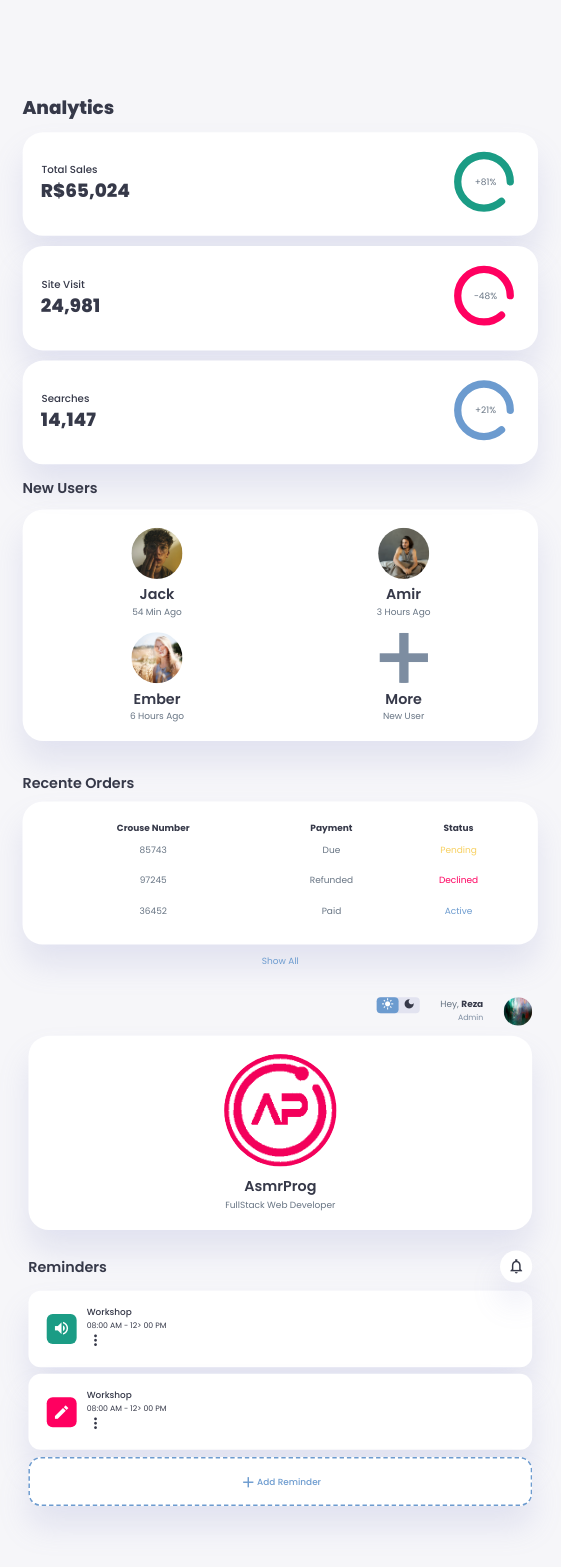
Repository: pheonix5/ProjetosRN-linux
Page: DashBoard/index.html
These files come from the project's save history. The page is drawn as it stood at one moment and after the next save; the edit follows.
The browser window is 768 px wide. The pictures show the whole page, at 73% of full size.

Above is the page before, as saved 2023-08-06 03:40:23.

After the next save:
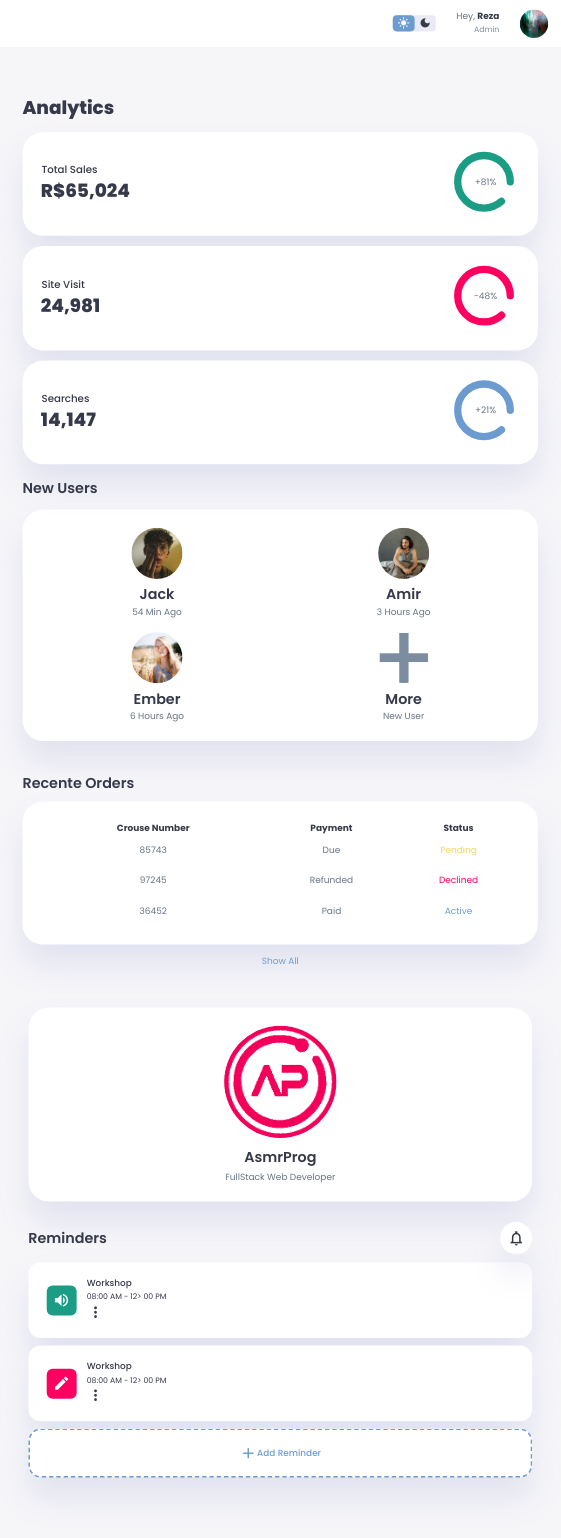
Saved 49 s later.
--- a/DashBoard/style.css
+++ b/DashBoard/style.css
@@ -667,4 +667,15 @@ main .recent-orders a{
     margin: 0 auto 4rem;
    }
 
-}
+   .right-section .nav{
+    position: fixed;
+    top: 0;
+    left: 0;
+    align-items: center;
+    background-color: var(--color-white);
+    padding: 0 var(--padding-1);
+    height: 4.6rem;
+    width: 100%;
+   }
+
+}
